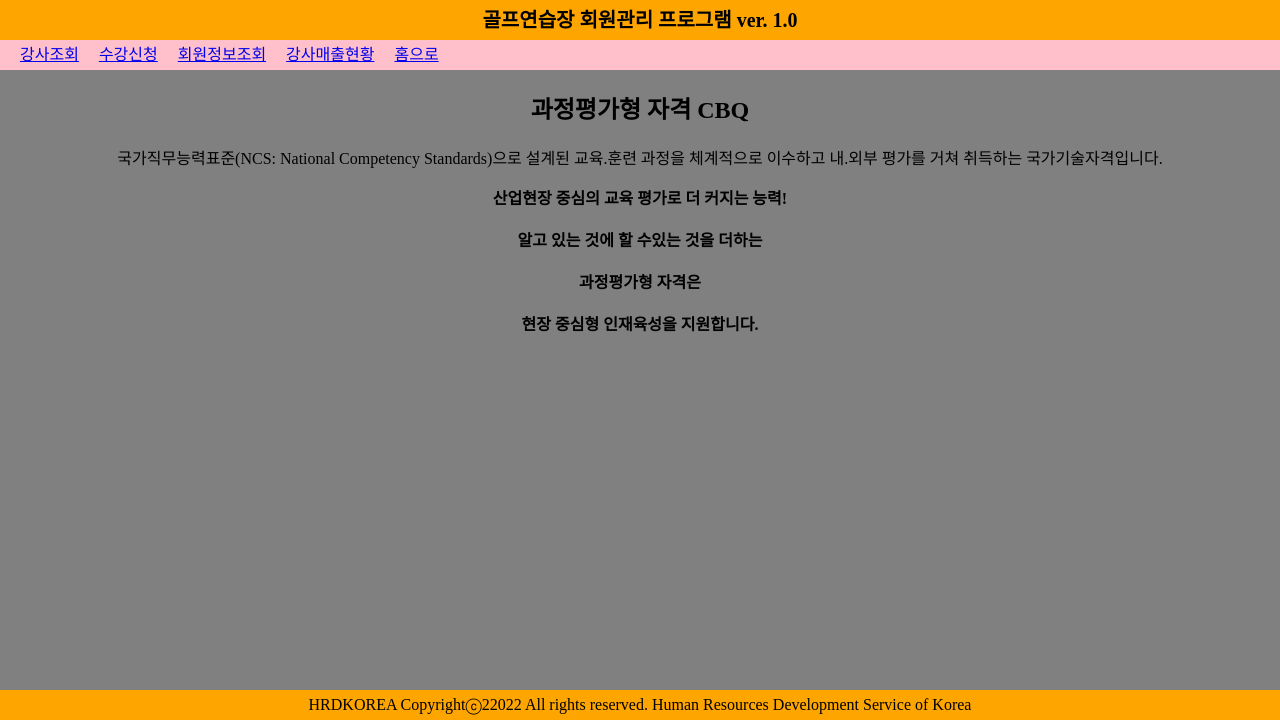
Repository: leesuyeon116/HRD_3
Page: http://localhost/HRD_0505/
An editor plug-in stored every save of this project. The page is shown before and after the next save, followed by the edit.
The browser window is 1280 px wide. The pictures show the whole page.
The page is served by Tomcat 9.

Above is the page before, as saved 2024-05-05 08:35:14.

After the next save:
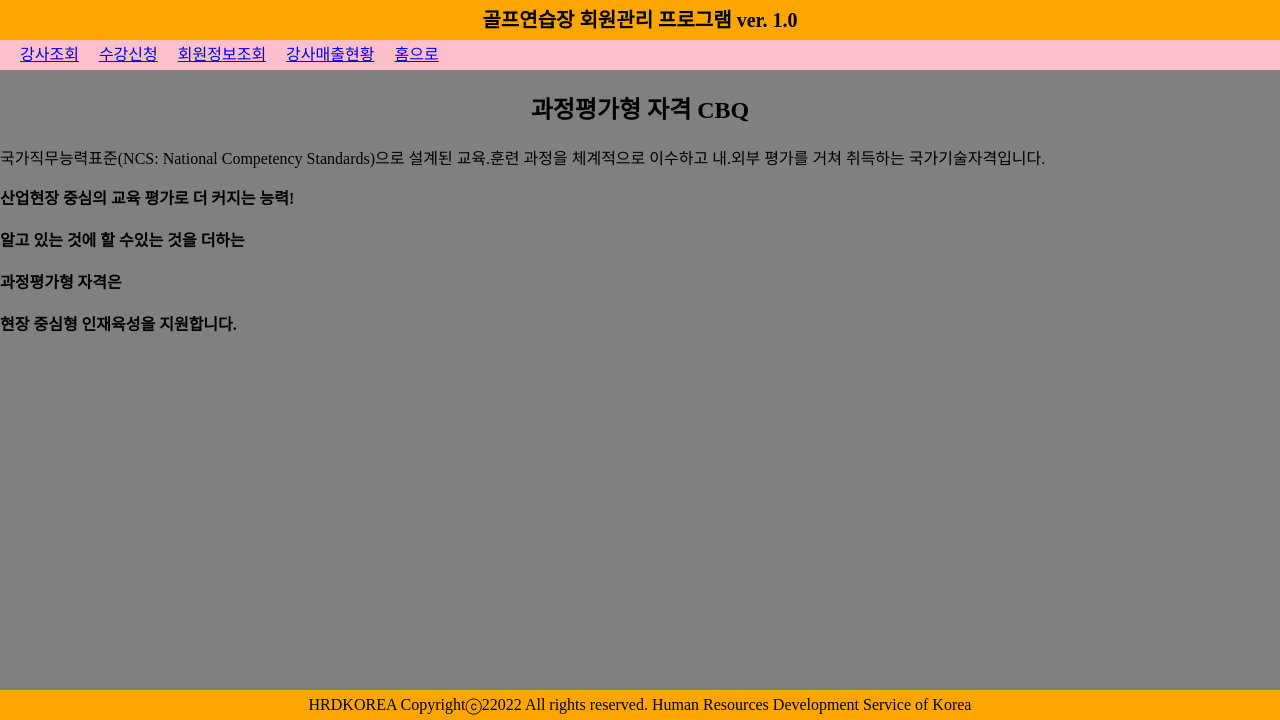
Saved 19 s later.
--- a/workspace/HRD_0505/src/main/webapp/index.jsp
+++ b/workspace/HRD_0505/src/main/webapp/index.jsp
@@ -8,8 +8,8 @@
 </head>
 <body>
 <jsp:include page="header.jsp"></jsp:include>
-<section style="position: fixed; top: 70px; left: 0px; width: 100%; height: 100%; background-color: gray; text-align: center">
-<h2>과정평가형 자격 CBQ</h2>
+<section style="position: fixed; top: 70px; left: 0px; width: 100%; height: 100%; background-color: gray">
+<h2 style="text-align: center">과정평가형 자격 CBQ</h2>
 국가직무능력표준(NCS: National Competency Standards)으로 설계된 교육.훈련 과정을 체계적으로 이수하고 내.외부 평가를 거쳐 취득하는 국가기술자격입니다.
 <p>
 <b>
